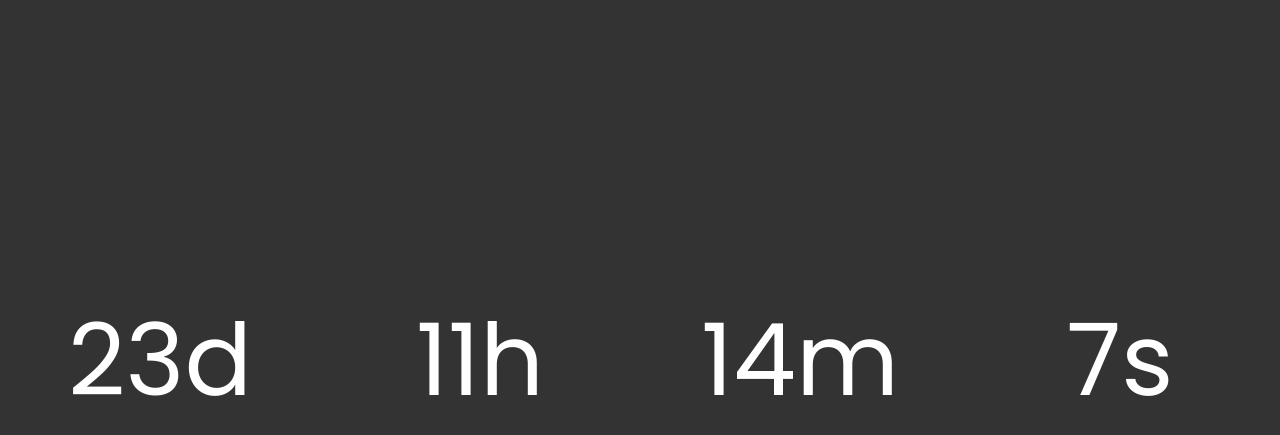
Repository: LeTanTru/All-Code
Page: Countdown/index.html
An editor plug-in stored every save of this project. The page is shown before and after a run of saves, followed by the edit.
The browser window is 1280 px wide. The pictures show the whole page.

Above is the page before, as saved 2023-01-10 13:20:47.

After the next 2 saves:
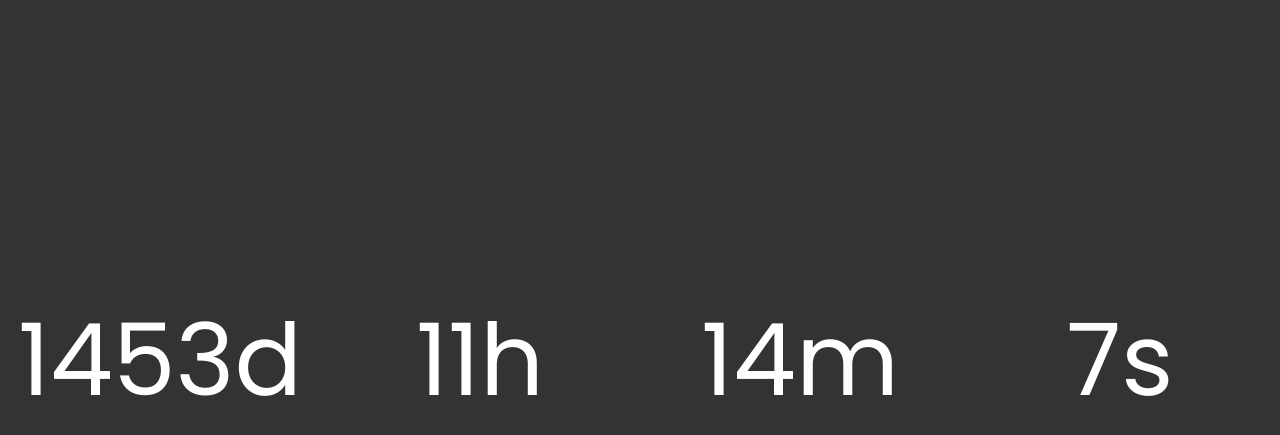
The 2 saves are shown as one change because they came seconds apart.
The last was saved 6 s later.
--- a/Countdown/countdown.js
+++ b/Countdown/countdown.js
@@ -21,7 +21,7 @@
 
 setInterval(() => {
   const date = new Date();
-  const dateEnd = new Date("1/22/2023");
+  const dateEnd = new Date("12/22/2026");
   const difference = dateEnd.getTime() - date.getTime();
   const days = Math.floor(difference / (1000 * 86400));
   const hours = Math.floor(difference / (1000 * 3600) - days * 24);
